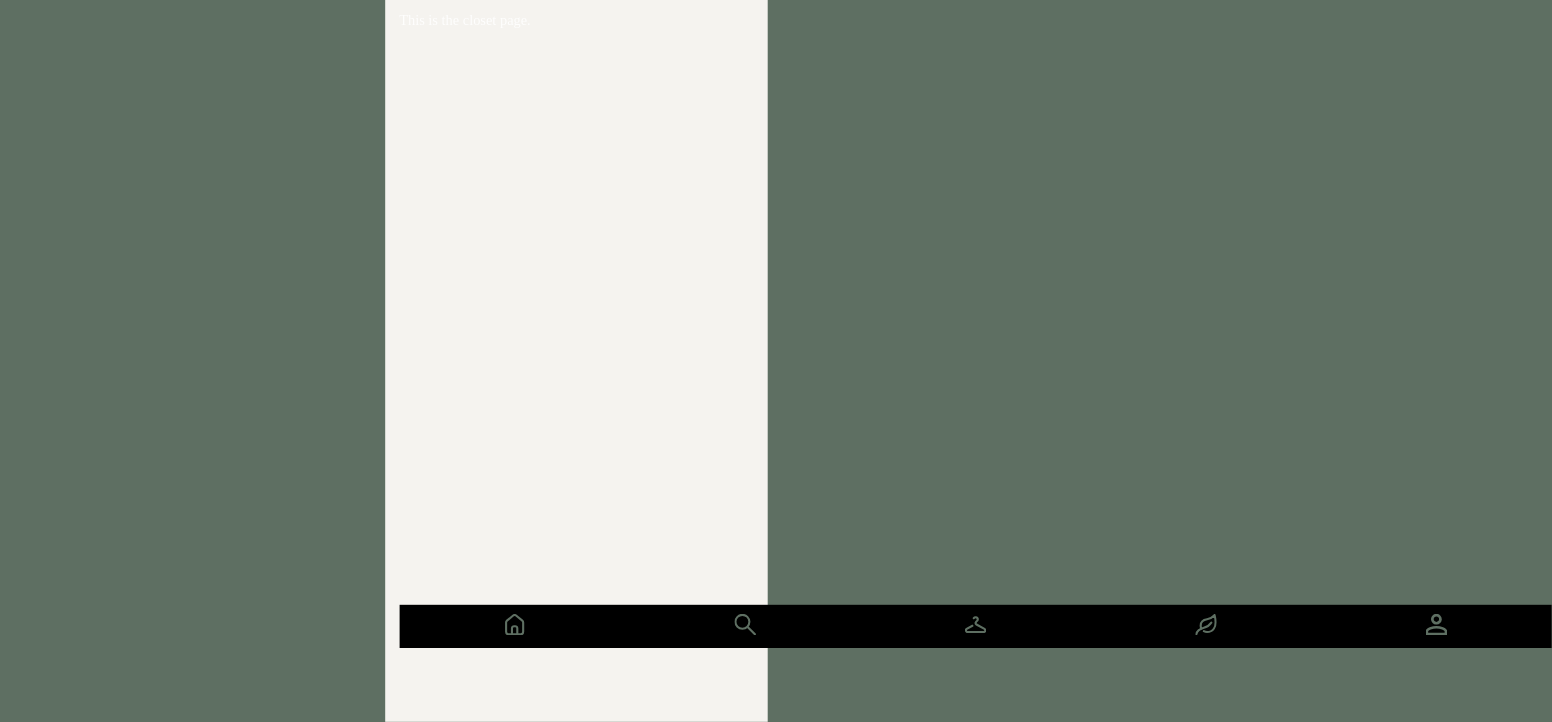
Repository: Strawb3rryjam/app-slotion
Page: /closet
An editor plug-in stored every save of this project. The page is shown before and after the next save, followed by the edit.
The browser window is 1280 px wide. The page is 1724 px wide, then 1280 px, so the pictures cover 1724 px, including what lies to the right of the window. The pictures show the whole page, at 90% of full size.
The project was rebuilt for these pictures with package versions that can differ from the ones it lists, and the page was loaded fresh each time. Also part of the build but not shown: vite.config.js, src/App.css. Imported but missing from the stored project, and not drawn on this page: src/pages/Home.

Above is the page before, as saved 2025-05-05 09:14:37.

### src/main.jsx
import { StrictMode } from 'react'
import { createRoot } from 'react-dom/client'
import './index.css'

import { BrowserRouter } from 'react-router-dom'
import App from './App.jsx'

createRoot(document.getElementById('root')).render(
  <StrictMode>
    <BrowserRouter>
      <App />
    </BrowserRouter>
  </StrictMode>
)

### src/index.css
:root {
  color: rgba(255, 255, 255, 0.87);
}

body{
  width: 393px;
  min-height: 852px;
  padding: 16px;
  margin: 0 auto;
  background-color: #F5F3EF;
}


html {
  height: 100%;
  display: flex;
  align-items: center;       /* vertical center */
  justify-content: center;   /* horizontal center */
  background-color: #5E6F62; /* this is the background around your app */
}

### src/App.jsx
import './App.css'
import Home from './pages/Home'
import Closet from './pages/Closet'
import {Routes, Route} from 'react-router-dom'
import NavBar from './components/NavBar'


function App() {
  return (
    <div>
      <NavBar />
      <main className = "main-content">
        <Routes>
          <Route path = "/" element = {<Home />} />
          <Route path = "/closet" element = {<Closet />} />
        </Routes>
      </main>
    </div>

  )
}

export default App

### src/pages/Closet.jsx

function Closet() {
  return (
    <div>
      <h1>Closet</h1>
      <p>This is the closet page.</p>
    </div>
  );
}

export default Closet;

### src/components/NavBar.jsx
import { Link } from "react-router-dom";
import styles from "../css/NavBar.module.css";  // Use this to import styles

/*images*/
import homeIcon from "../assets/Home.svg";
import searchIcon from "../assets/search.svg";
import closetIcon from "../assets/Hanger.svg";
import tipsIcon from "../assets/leaf.svg";
import profileIcon from "../assets/Profile.svg";

function NavBar() {
    return (
        <nav className={styles.navbar}> {/* Use styles.navbar for CSS modules */}
            <div className={styles["navbar-links"]}> {/* Use styles for other classes */}
                <Link to="/" className={styles.Home}>
                    <img src={homeIcon} alt="Home" className={styles["nav-icon"]} />
                </Link>
                <Link to="/Search" className={styles.Search}>
                    <img src={searchIcon} alt="Search" className={styles["nav-icon"]} />
                </Link>
                <Link to="/Closet" className={styles.Closet}>
                    <img src={closetIcon} alt="Closet" className={styles["nav-icon"]} />
                </Link>
                <Link to="/Tips" className={styles.Tips}>
                    <img src={tipsIcon} alt="Tips" className={styles["nav-icon"]} />
                </Link>
                <Link to="/Profile" className={styles.Profile}>
                    <img src={profileIcon} alt="Profile" className={styles["nav-icon"]} />
                </Link>
            </div>
        </nav>
    );
}

export default NavBar;

### src/css/NavBar.module.css
/* This will be the main wrapper */
.page-container {
    display: flex;
    flex-direction: column; /* Stack content vertically */
    min-height: 100vh;  /* Ensure container takes at least full viewport height */
    position: relative; /* Allow absolute positioning inside it */
}

.content {
    flex: 1;  /* Take up all available space */
}

.navbar {
    background-color: black !important;
    padding: 10px 0;
    width: 100%;
    position: absolute; /* Position the navbar absolutely within the container */
    bottom: 0;          /* Stick it to the bottom */
    z-index: 1000;      /* Ensure it stays above other content */
}

.navbar-links {
    display: flex;
    justify-content: space-around;  /* Space out the icons evenly */
    align-items: center;  /* Vertically center the icons */
    width: 100%;
}

.nav-icon {
    width: 24px;  /* Adjust the icon size */
    height: 24px;
}

Loaded but not shown: index.html (common file)

After the next save:
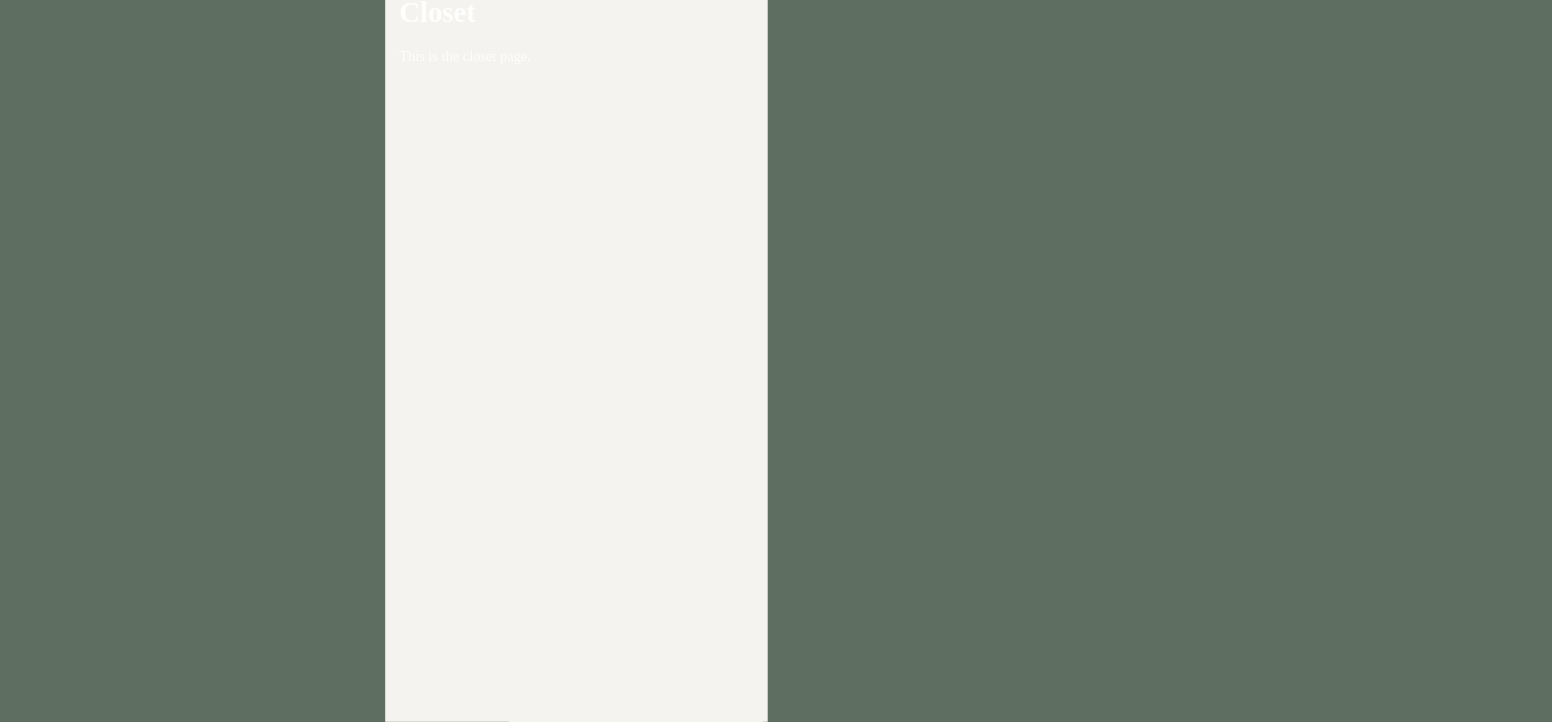
Saved 4 s later.
--- a/src/css/NavBar.module.css
+++ b/src/css/NavBar.module.css
@@ -1,32 +1,12 @@
-/* This will be the main wrapper */
-.page-container {
-    display: flex;
-    flex-direction: column; /* Stack content vertically */
-    min-height: 100vh;  /* Ensure container takes at least full viewport height */
-    position: relative; /* Allow absolute positioning inside it */
-}
-
-.content {
-    flex: 1;  /* Take up all available space */
-}
-
 .navbar {
-    background-color: black !important;
-    padding: 10px 0;
-    width: 100%;
-    position: absolute; /* Position the navbar absolutely within the container */
-    bottom: 0;          /* Stick it to the bottom */
-    z-index: 1000;      /* Ensure it stays above other content */
+    background-color: black !;
 }
 
 .navbar-links {
-    display: flex;
-    justify-content: space-around;  /* Space out the icons evenly */
-    align-items: center;  /* Vertically center the icons */
-    width: 100%;
+    background-color: black;
+
 }
 
 .nav-icon {
-    width: 24px;  /* Adjust the icon size */
-    height: 24px;
+    /* your styles */
 }
